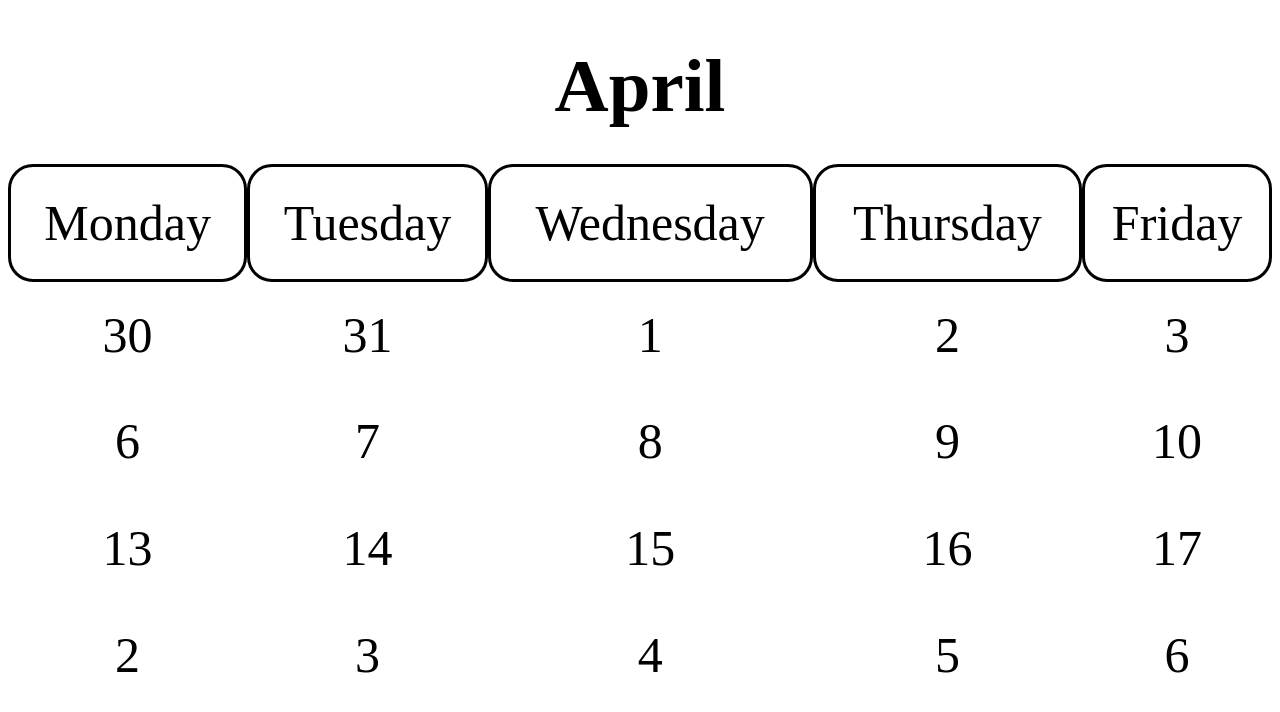
Repository: shleewhite/missionBitCalendar
Page: views/apr.html
The author's editor kept a record of every edit. The page is drawn from the files as they stood at one moment, then again after the next edit.
The browser window is 1280 px wide. The pictures show the whole page.

Above is the page before.

### views/apr.html
<article id="apr">
<html>
    <link rel="stylesheet" type="text/css" href="main.css">
    <head></head>
    <body>
        <table id="monthTable">
                <th class="monthHeader" colspan="5">April</th>
            <tr>
                <td class="weekday">Monday</td>
                <td class="weekday">Tuesday</td>
                <td class="weekday">Wednesday</td>
                <td class="weekday">Thursday</td>
                <td class="weekday">Friday</td>
            </tr>
            <tr>
                <td class="nums">30</td>
                <td class="nums">31</td>
                <td class="nums">1</td>
                <td class="nums">2</td>
                <td class="nums">3</td>
            </tr>
            <tr>
                <td class="nums">6</td>
                <td class="nums">7</td>
                <td class="nums">8</td>
                <td class="nums">9</td>
                <td class="nums">10</td>
            </tr>
            <tr>
                <td class="nums">13</td>
                <td class="nums">14</td>
                <td class="nums">15</td>
                <td class="nums">16</td>
                <td class="nums">17</td>
            </tr>
            <tr>
                <td class="nums">2</td>
                <td class="nums">3</td>
                <td class="nums">4</td>
                <td class="nums">5</td>
                <td class="nums">6</td>
            </tr>

        </table>
    </body>
</html>

### views/main.css
table {
    text-align: center;
    font-size: 50px;
    width: 100%;
    height: 700px;
    border-spacing: 50px 20px;

}
table th {
    text-align: center;
}
#year{
    /*font-family: 'Lobster', cursive;*/
    font-size: 100px;
}
.month{
    border-collapse: separate;
    border-color: #000000;
    border-radius: 25px;
    border-style: double;

    border-top-width: 15px;
    border-bottom-width: 15px;
    border-left-width: 15px;
    border-right-width: 15px;
    cursor: pointer;
}
.monthHeader {
    font-size: 75px;
    border-style: none;
}
.weekday {
    font-size: 50px;
    border-style: solid;
    border-radius: 25px;
}
#monthTable {
    border-spacing: 0px;
    border-color: #000000;
    border-radius: 25px;
    cursor: pointer;
    padding: 0px;
}
.days {
    font-size: 20px;
    text-align: left;
    border-style: double;
}
.noOne {
    text-align: center;
}
.nextMonth {
    color: #9C9C9C;
}

After the next edit:
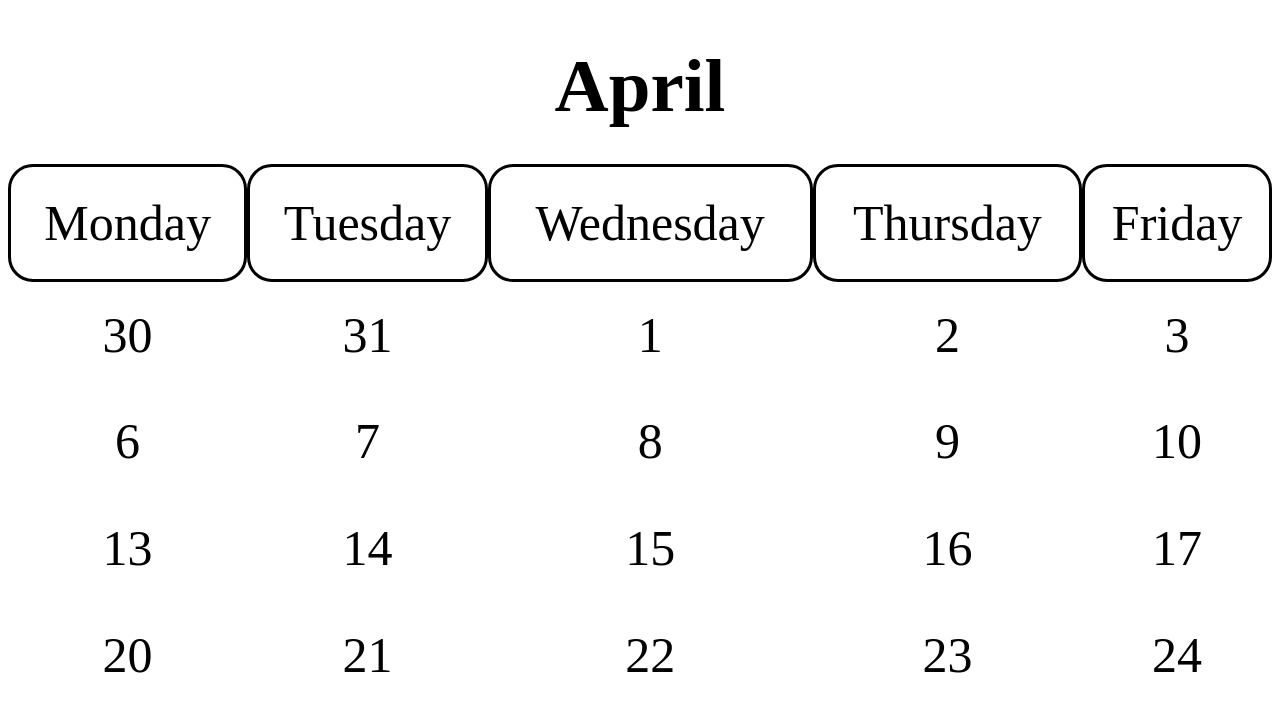
The edit:
--- a/views/apr.html
+++ b/views/apr.html
@@ -34,11 +34,11 @@
                 <td class="nums">17</td>
             </tr>
             <tr>
-                <td class="nums">2</td>
-                <td class="nums">3</td>
-                <td class="nums">4</td>
-                <td class="nums">5</td>
-                <td class="nums">6</td>
+                <td class="nums">20</td>
+                <td class="nums">21</td>
+                <td class="nums">22</td>
+                <td class="nums">23</td>
+                <td class="nums">24</td>
             </tr>
 
         </table>
